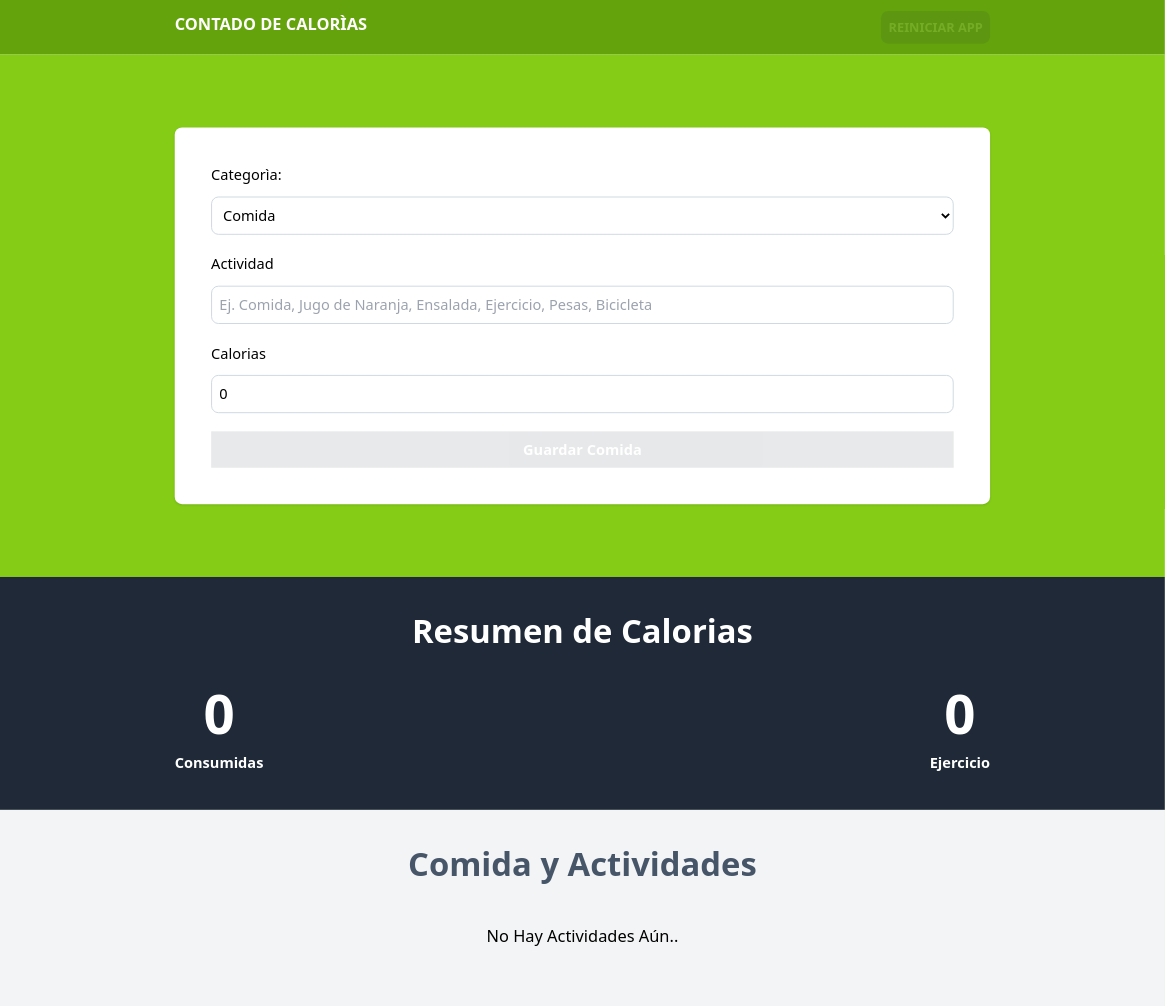
Repository: Matiiu/calorie-tracker
Page: /
An editor plug-in stored every save of this project. The page is shown before and after the next save, followed by the edit.
The browser window is 1280 px wide. The pictures show the whole page, at 91% of full size.
The project was rebuilt for these pictures with package versions that can differ from the ones it lists, and the page was loaded fresh each time. Also part of the build but not shown: vite.config.ts.

Above is the page before, as saved 2024-04-01 23:01:43.

### index.html
<!doctype html>
<html lang="en">
  <head>
    <meta charset="UTF-8" />
    <link rel="icon" type="image/svg+xml" href="/vite.svg" />
    <meta name="viewport" content="width=device-width, initial-scale=1.0" />
    <title>Contador de Calorías - React</title>
  </head>
  <body>
    <div id="root"></div>
    <script type="module" src="/src/main.tsx"></script>
  </body>
</html>

### src/App.tsx
import { useEffect, useReducer } from "react";

import Header from "./components/Header";
import Form from "./components/Form";
import ActivityList from "./components/ActivityList";
import CaloriesTracker from "./components/CaloriesTracker";

import { activityReducer, initialState } from "./reducers/activityReducer";
export default function App() {
  const [state, dispatch] = useReducer(activityReducer, initialState);

  useEffect(() => {
    if (state.activities.length > 0) {
      localStorage.setItem("activities", JSON.stringify(state.activities));
    }
  }, [state.activities]);

  return (
    <>
      <Header state={state} dispatch={dispatch} />

      <section className="bg-lime-500 py-20 px-5">
        <div className="max-w-4xl mx-auto">
          <Form state={state} dispatch={dispatch} />
        </div>
      </section>

      <section className="bg-gray-800 p-10">
        <div className="max-w-4xl mx-auto">
          <CaloriesTracker
            activities={state.activities}
          />
        </div>
      </section>

      <section className="py-10 bg-gray-100">
        <div className="max-w-4xl mx-auto">
          <ActivityList activities={state.activities} dispatch={dispatch} />
        </div>
      </section>
    </>
  );
}

### src/components/Header.tsx
import { useMemo, Dispatch } from "react";
import { ActivityState, ActivityActions } from "../reducers/activityReducer";

type HeaderProps = {
  state: ActivityState;
  dispatch: Dispatch<ActivityActions>;
};

export default function Header({ state, dispatch }: HeaderProps) {
  const isEmpty = useMemo(() => !state.activities.length, [state.activities]);

  const handleRestart = () => {
    const confirmCancel = window.confirm(
      "¿Está seguro de que sea eliminar todas las actividades registradas?"
    );

    if (confirmCancel) {
      dispatch({ type: "restart-app" });
      window.location.reload();
    }
  };

  return (
    <header className="bg-lime-600 py-3">
      <div className="max-w-4xl mx-auto flex justify-between">
        <h1 className="text-center text-lg font-bold text-white uppercase">
          Contado de Calorìas
        </h1>

        <button
          className="bg-gray-800 hover:bg-gray-900 p-2 font-bold uppercase text-white cursor-pointer rounded-lg text-sm disabled:opacity-10"
          disabled={isEmpty}
          onClick={handleRestart}
        >
          Reiniciar App
        </button>
      </div>
    </header>
  );
}

### src/components/Form.tsx
import { useState, ChangeEvent, FormEvent, Dispatch, useEffect } from "react";
import { v4 as uuid } from "uuid";

import { categories } from "../data/categories";
import type { Activity, Category } from "../types";
import { ActivityActions, ActivityState } from "../reducers/activityReducer";

type FormProps = {
  state: ActivityState;
  dispatch: Dispatch<ActivityActions>;
};

export default function Form({ state, dispatch }: FormProps) {
  const initialState: Activity = {
    id: uuid(),
    category: 1,
    activityName: "",
    calories: 0,
  };

  // Convertimos las calorías en un objeto donde el id en la llave y el nombre el valor
  const categoriesObject = categories.reduce(
    (accumulator: Record<Category["id"], Category["name"]>, current) => {
      accumulator[current.id] = current.name;
      return accumulator;
    },
    {}
  );

  const [activity, setActivity] = useState<Activity>({ ...initialState });

  useEffect(() => {
    if (state.activeId) {
      const selectActivities: Activity = state.activities.filter(
        stateActivity => stateActivity.id === state.activeId
      )[0];
      setActivity(selectActivities);
    }
  }, [state.activeId]);

  const handleChange = (
    e: ChangeEvent<HTMLInputElement | HTMLSelectElement>
  ) => {
    // Validamos si es un campo numérico
    const isNumberFiled = ["category", "calories"].includes(e.target.id);
    // Si lo es convertimos el dato a numérico
    setActivity({
      ...activity,
      [e.target.id]: isNumberFiled ? +e.target.value : e.target.value,
    });
  };

  const isValidateActivity = () => {
    const { activityName, calories } = activity;
    // Validamos que el campo actividad y calorías estén diligenciados
    return !!(activityName || "").trim() && calories > 0;
  };

  const nameSubmit = () => {
    // Accedemos a la posición llave de nuestro objeto categoriesObject con el valor de activity.category y retornamos el valor
    return `Guardar ${categoriesObject[activity.category]}`;
  };

  const handleSubmit = (e: FormEvent<HTMLFormElement>) => {
    e.preventDefault();
    dispatch({
      type: "save-activity",
      payload: { newActivity: activity },
    });
    // Limpiar el formulario una vez enviado
    setActivity({ ...initialState });
  };

  return (
    <form
      onSubmit={handleSubmit}
      className="space-y-5 bg-white shadow p-10 rounded-lg"
    >
      <div className="grid grid-cols-1 gap-3">
        <label htmlFor="category">Categorìa:</label>
        <select
          name="category"
          id="category"
          className="border border-slate-300 p-2 rounded-lg w-full bg-white"
          value={activity.category}
          onChange={handleChange}
        >
          {categories.map((category) => (
            <option key={category.id} value={category.id}>
              {category.name}
            </option>
          ))}
        </select>
      </div>

      <div className="grid grid-cols-1 gap-3">
        <label htmlFor="activityName">Actividad</label>
        <input
          id="activityName"
          name="activityName"
          type="text"
          className="border border-slate-300 p-2 rounded-lg"
          placeholder="Ej. Comida, Jugo de Naranja, Ensalada, Ejercicio, Pesas, Bicicleta"
          value={activity.activityName}
          onChange={handleChange}
        />
      </div>

      <div className="grid grid-cols-1 gap-3">
        <label htmlFor="calories">Calorias</label>
        <input
          id="calories"
          name="calories"
          type="number"
          className="border border-slate-300 p-2 rounded-lg"
          placeholder="Ej. 300 o 500"
          min={0}
          value={activity.calories}
          onChange={handleChange}
        />
      </div>

      <input
        type="submit"
        className="bg-gray-800 hover:bg-gray-900 w-full p-2 font-bold text-white cursor-pointer disabled:opacity-10 disabled:cursor-auto"
        value={nameSubmit()}
        disabled={!isValidateActivity()}
      />
    </form>
  );
}

### src/components/ActivityList.tsx
import { Dispatch, useMemo } from "react";

import { PencilSquareIcon, XCircleIcon } from "@heroicons/react/24/outline";

import type { Activity, Category } from "../types";
import { categories } from "../data/categories";
import { ActivityActions } from "../reducers/activityReducer";

type ActivityListprops = {
  activities: Activity[];
  dispatch: Dispatch<ActivityActions>;
};

export default function ActivityList({
  activities,
  dispatch,
}: ActivityListprops) {
  // Convertimos las calorías en un objeto donde el id en la llave y el nombre el valor
  const categoriesObject = categories.reduce(
    (accumulator: Record<Category["id"], Category["name"]>, current) => {
      accumulator[current.id] = current.name;
      return accumulator;
    },
    {}
  );

  const activitiesAreEmpty = useMemo(() => !activities.length, [activities]);

  const categoryName = (id: Category["id"]) => {
    // Accedemos a la posición llave de nuestro objeto categoriesObject con el valor de activity.category y retornamos el valor
    return categoriesObject[id];
  };

  const handleRemove = (id: Activity["id"]) => {
    const cancelConfirmation = window.confirm(
      "¿Estás seguro de que deseas eliminar la actividad?"
    );

    if (cancelConfirmation) {
      dispatch({ type: "delete-activity", payload: { id } });
    }
  };

  return (
    <>
      <h2 className="text-4xl font-bold text-slate-600 text-center">
        Comida y Actividades
      </h2>

      {activitiesAreEmpty ? (
        <p className="text-center py-6 mt-5 text-lg">
          No Hay Actividades Aún..
        </p>
      ) : (
        activities.map((activity) => (
          <div
            key={activity.id}
            className="px-5 py-10 bg-white mt-5 flex justify-between"
          >
            <div className="space-y-2 relative">
              <p
                className={`absolute -top-8 -left-8 px-10 py-2 text-white uppercase font-bold ${
                  activity.category === 1 ? "bg-lime-500" : "bg-orange-500"
                }`}
              >
                {categoryName(activity.category)}
              </p>
              <p className="text-2xl font-bold pt-5">{activity.activityName}</p>
              <p className="font-black text-4xl text-lime-500">
                {" "}
                {activity.calories}
              </p>
            </div>

            <div className="flex gap-5 items-center">
              <button
                onClick={() =>
                  dispatch({
                    type: "set-activeId",
                    payload: { id: activity.id },
                  })
                }
              >
                <PencilSquareIcon className="h-8 w-8 text-gray-800" />
              </button>

              <button onClick={() => handleRemove(activity.id)}>
                <XCircleIcon className="h-8 w-8 text-red-500" />
              </button>
            </div>
          </div>
        ))
      )}
    </>
  );
}

### src/components/CaloriesTracker.tsx
import { useMemo } from "react";
import { Activity } from "../types";

import CalorieDisplay from "./CalorieDisplay";

type CaloriesTrackerProps = {
  activities: Activity[];
};

export default function CaloriesTracker({ activities }: CaloriesTrackerProps) {
  // Contadores
  const caloriesCosumed = useMemo(
    () =>
      activities.reduce(
        (total, curr) => (curr.category === 1 ? total + curr.calories : total),
        0
      ),
    [activities]
  );

  const caloriesBurned = useMemo(
    () =>
      activities.reduce(
        (total, curr) => (curr.category === 2 ? total + curr.calories : total),
        0
      ),
    [activities]
  );
  const netCalories = useMemo(
    () => caloriesCosumed - caloriesBurned,
    [caloriesCosumed, caloriesBurned]
  );
  console.log(netCalories);

  return (
    <>
      <h2 className="text-4xl font-black text-white text-center">
        Resumen de Calorias
      </h2>

      <div className="flex flex-col items-center md:flex-row md:justify-between gap-5 mt-10">
        <CalorieDisplay calories={caloriesCosumed} text="Consumidas" />
        <CalorieDisplay calories={caloriesBurned} text="Ejercicio" />
      </div>
    </>
  );
}

### src/reducers/activityReducer.ts
import type { Activity } from "../types";

export type ActivityActions =
  | { type: "save-activity"; payload: { newActivity: Activity } }
  | { type: "set-activeId"; payload: { id: Activity["id"] } }
  | { type: "delete-activity"; payload: { id: Activity["id"] } }
  | { type: "restart-app" };

export type ActivityState = {
  activities: Activity[];
  activeId: Activity["id"];
};

function localStorageactivities(): Activity[] {
  const activities = localStorage.getItem("activities");
  return activities ? JSON.parse(activities) : [];
}

export const initialState: ActivityState = {
  activities: localStorageactivities(),
  activeId: "",
};

export function activityReducer(
  state: ActivityState = initialState,
  action: ActivityActions
) {
  if (action.type === "save-activity") {
    let updateActivities: Activity[] = [];
    if (state.activeId) {
      updateActivities = state.activities.map((activity) =>
        activity.id === state.activeId ? action.payload.newActivity : activity
      );
    } else {
      updateActivities = [...state.activities, action.payload.newActivity];
    }
    return {
      ...state,
      activities: updateActivities,
      activeId: "",
    };
  }

  if (action.type === "set-activeId") {
    return {
      ...state,
      activeId: action.payload.id,
    };
  }

  if (action.type === "delete-activity") {
    return {
      ...state,
      activities: state.activities.filter(
        (activity) => activity.id !== action.payload.id
      ),
    };
  }

  if (action.type === "restart-app") {
    // Removemos la llave de nuestro stroage
    localStorage.removeItem("activities");
    // Limpiamos todos los valores
    return {
      activities: [],
      activeId: "",
    };
  }

  return state;
}

### src/data/categories.ts
import { Category } from "../types";

export const categories: Category[] = [
  { id: 1, name: "Comida" },
  { id: 2, name: "Ejercicio" },
];

### src/components/CalorieDisplay.tsx
type CalorieDisplayPops = {
  calories: number;
  text: string;
};

export default function CalorieDisplay({ calories, text }: CalorieDisplayPops) {
  return (
    <p className="text-white font-bold rounded-full grid grid-cols-1 gap-3 text-center">
      <span className="font-black text-6xl text-orange">{calories}</span>
      {text}
    </p>
  );
}

Loaded but not shown: src/main.tsx (common file); src/index.css (common file); tailwind.config.js (common file)

After the next save:
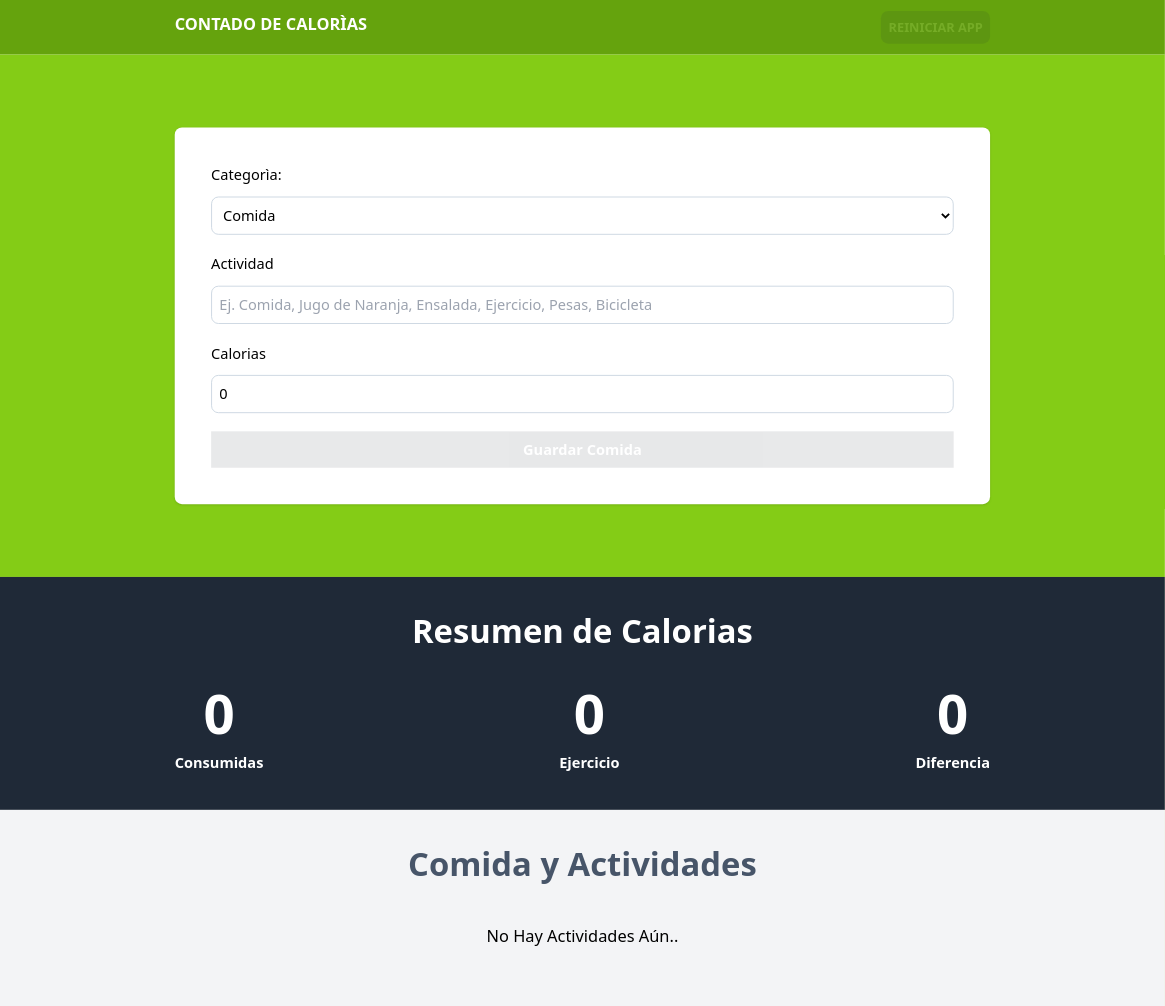
Saved 64 s later.
--- a/src/components/CaloriesTracker.tsx
+++ b/src/components/CaloriesTracker.tsx
@@ -41,6 +41,8 @@ export default function CaloriesTracker({ activities }: CaloriesTrackerProps) {
       <div className="flex flex-col items-center md:flex-row md:justify-between gap-5 mt-10">
         <CalorieDisplay calories={caloriesCosumed} text="Consumidas" />
         <CalorieDisplay calories={caloriesBurned} text="Ejercicio" />
+        <CalorieDisplay calories={netCalories} text="Diferencia" />
+
       </div>
     </>
   );
